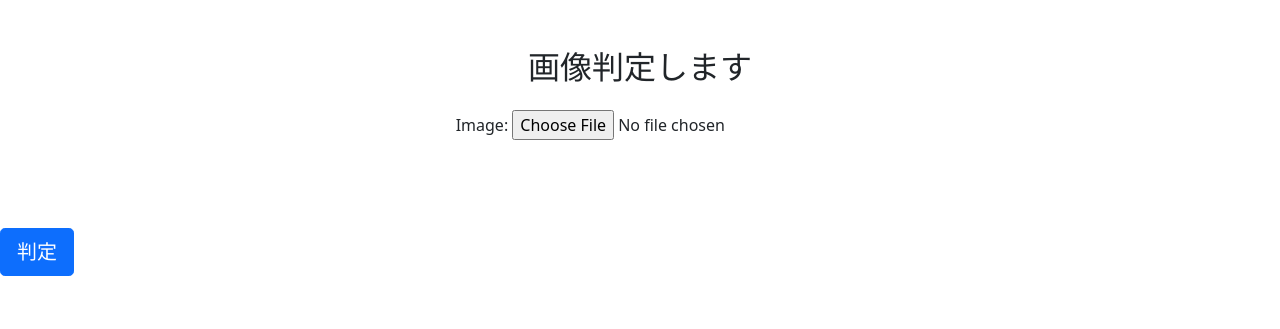
Repository: ruka-sumichi/deeplearning-advanced-kadai
Page: http://localhost/
These files come from the project's save history. The page is drawn as it stood at one moment and after a run of saves; the edit follows.
The browser window is 1280 px wide. The pictures show the whole page.
The page is served by the project's application, run on Django 5.2 (photoidentify/manage.py). Other server files are loaded and not shown.

Above is the page before, as saved 2024-09-01 19:13:11.

### photoidentify/prediction/templates/home.html
<!DOCTYPE html>
<html lang="jp">
<head>
  <meta charset="UTF-8">
  <meta name="viewport" content="width=device-width, initial-scale=1" />
  <link href="https://cdn.jsdelivr.net/npm/bootstrap@5.0.2/dist/css/bootstrap.min.css" rel="stylesheet" integrity="sha384-EVSTQN3/azprG1Anm3QDgpJLIm9Nao0Yz1ztcQTwFspd3yD65VohhpuuCOmLASjC" crossorigin="anonymous">
  <title>画像判定アプリ</title>
</head>

<body>
  <div class="container py-5 text-center">
    <h2 class="mb-4">画像判定します</h2>
    <form method="post" enctype="multipart/form-data">
      <div class="mb-3"></div>
        {% csrf_token %}
        {{ form.as_p }}
        <input id="img_data" type="hidden" name="img_data"/>
      </div>
      <img id="preview" style="display: none;" class="img-fluid mb-3" />
      <br>
      <button type="submit" class="btn btn-primary btn-lg">判定</button>
    </form>

    {% if prediction %}
      <div id="prediction">
        <hr>
        <h2 class="mb-4">判定結果</h2>
        <p>あなたのアップロードした画像は「<strong>{{ prediction }}</strong>」でしょう。</p>
        <img src="{{ img_data }}" class="img-fluid mb-3">
      </div>
    {% endif %}
  </div>

<script src="https://ajax.googleapis.com/ajax/libs/jquery/3.5.1/jquery.min.js"></script>
<script>
  $(function() {
      $('#id_image').on('change', function() {
      var reader = new FileReader();
      reader.onload = function () {
          $("#preview").attr('src', reader.result);
          $("#preview").show()
          $("#img_data").val(reader.result);
      }
      reader.readAsDataURL(this.files[0]);
      $("#prediction").text('');
      });
    });
  </script>
</body>
</html>

### photoidentify/prediction/views.py
from django.shortcuts import render
from .forms import ImageUploadForm
from django.conf import settings
from tensorflow.keras.models import load_model
from tensorflow.keras.preprocessing.image import load_img
from tensorflow.keras.preprocessing.image import img_to_array
from io import BytesIO
import os

def predict(request):
    if request.method == 'GET':
        form = ImageUploadForm()
        return render(request, 'home.html', {'form': form})
    if request.method == 'POST':
        form = ImageUploadForm(request.POST, request.FILES)
        if form.is_valid():
            img_file = form.cleaned_data['image']
            img_file = BytesIO(img_file.read())
            img = load_img(img_file, target_size=(224, 224))
            img_array = img_to_array(img)
            img_array = img_array.reshape((1, 224, 224, 3))
            img_array = img_array/243
            model_path = os.path.join(settings.BASE_DIR, 'prediction', 'models', 'model.h5')
            model = load_model(model_path)
            result = model.predict(img_array)


            img_data = request.POST.get('img_data')
            return render(request, 'home.html', {'form': form, 'prediction': prediction, 'img_data': img_data})
        else:
            form = ImageUploadForm()
            return render(request, 'home.html', {'form': form})

### photoidentify/photoidentify/urls.py
"""
URL configuration for photoidentify project.

The `urlpatterns` list routes URLs to views. For more information please see:
    https://docs.djangoproject.com/en/4.2/topics/http/urls/
Examples:
Function views
    1. Add an import:  from my_app import views
    2. Add a URL to urlpatterns:  path('', views.home, name='home')
Class-based views
    1. Add an import:  from other_app.views import Home
    2. Add a URL to urlpatterns:  path('', Home.as_view(), name='home')
Including another URLconf
    1. Import the include() function: from django.urls import include, path
    2. Add a URL to urlpatterns:  path('blog/', include('blog.urls'))
"""

from django.urls import path
from prediction.views import predict

urlpatterns = [
    path('', predict, name='predict'),
]

Loaded but not shown: photoidentify/prediction/forms.py (common file)

After the next 2 saves:
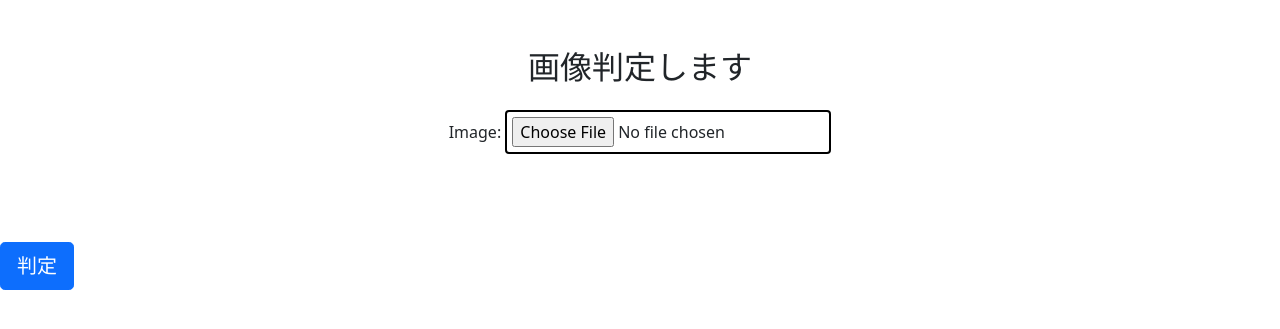
The 2 saves are shown as one change because they came seconds apart.
The last was saved 44 s later.
--- a/photoidentify/prediction/templates/home.html
+++ b/photoidentify/prediction/templates/home.html
@@ -5,6 +5,25 @@
   <meta name="viewport" content="width=device-width, initial-scale=1" />
   <link href="https://cdn.jsdelivr.net/npm/bootstrap@5.0.2/dist/css/bootstrap.min.css" rel="stylesheet" integrity="sha384-EVSTQN3/azprG1Anm3QDgpJLIm9Nao0Yz1ztcQTwFspd3yD65VohhpuuCOmLASjC" crossorigin="anonymous">
   <title>画像判定アプリ</title>
+  <style>
+    thead {
+      border-bottom: 2px solid black;
+    }
+
+    /* 「ファイルを選択」ボタンの縁を黒くする */
+    input[type="file"] {
+      border: 2px solid black;
+      padding: 5px;
+      border-radius: 4px;
+    }
+
+    /* ボタンを中央に配置するためのスタイル */
+    .btn-container {
+      display: flex;
+      justify-content: center;
+      align-items: center;
+    }
+  </style>
 </head>
 
 <body>

After the save that followed:
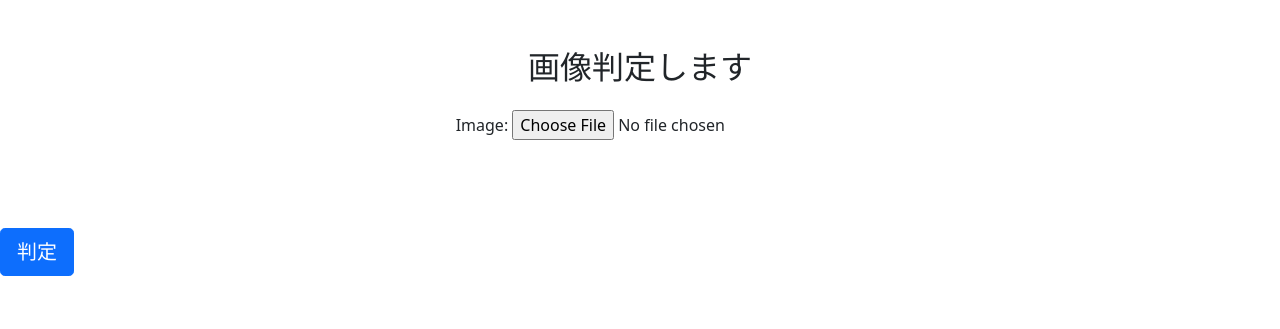
Saved 8 s later.
--- a/photoidentify/prediction/templates/home.html
+++ b/photoidentify/prediction/templates/home.html
@@ -6,16 +6,7 @@
   <link href="https://cdn.jsdelivr.net/npm/bootstrap@5.0.2/dist/css/bootstrap.min.css" rel="stylesheet" integrity="sha384-EVSTQN3/azprG1Anm3QDgpJLIm9Nao0Yz1ztcQTwFspd3yD65VohhpuuCOmLASjC" crossorigin="anonymous">
   <title>画像判定アプリ</title>
   <style>
-    thead {
-      border-bottom: 2px solid black;
-    }
 
-    /* 「ファイルを選択」ボタンの縁を黒くする */
-    input[type="file"] {
-      border: 2px solid black;
-      padding: 5px;
-      border-radius: 4px;
-    }
 
     /* ボタンを中央に配置するためのスタイル */
     .btn-container {
